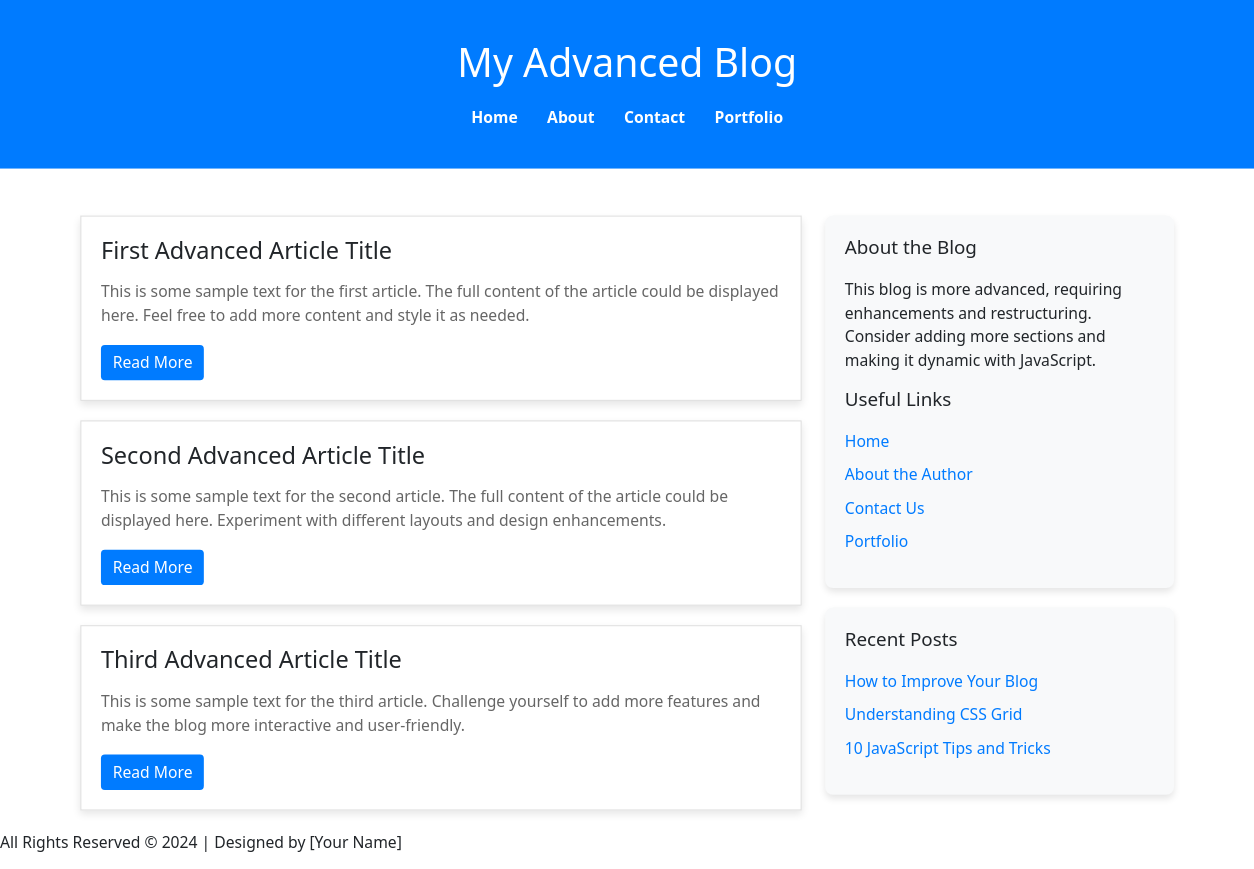
Repository: zeinawady/Blog-Code-Refactoring
Page: index.html
These files come from the project's save history. The page is drawn as it stood at one moment and after the next save; the edit follows.
The browser window is 1280 px wide. The pictures show the whole page, at 98% of full size.

Above is the page before, as saved 2024-09-23 14:05:28.

### index.html
<!DOCTYPE html>
<html lang="en">
  <head>
    <meta charset="UTF-8" />
    <meta name="viewport" content="width=device-width, initial-scale=1.0" />
    <title>My Advanced Blog</title>
    <link rel="stylesheet" href="style.css">
    <link
      href="https://cdn.jsdelivr.net/npm/bootstrap@5.1.3/dist/css/bootstrap.min.css"
      rel="stylesheet"
    />

  </head>
  <body>
    <header>
      <h1>My Advanced Blog</h1>
      <nav>
        <a href="#">Home</a>
        <a href="#">About</a>
        <a href="#">Contact</a>
        <a href="#">Portfolio</a>
      </nav>
    </header>

    <div class="container mt-5">
      <div class="row">
        <div class="col-lg-8">
          <article>
            <h2>First Advanced Article Title</h2>
            <p>
              This is some sample text for the first article. The full content
              of the article could be displayed here. Feel free to add more
              content and style it as needed.
            </p>
            <button class="btn btn-primary">Read More</button>
          </article>
          <article>
            <h2>Second Advanced Article Title</h2>
            <p>
              This is some sample text for the second article. The full content
              of the article could be displayed here. Experiment with different
              layouts and design enhancements.
            </p>
            <button class="btn btn-primary">Read More</button>
          </article>
          <article>
            <h2>Third Advanced Article Title</h2>
            <p>
              This is some sample text for the third article. Challenge yourself
              to add more features and make the blog more interactive and
              user-friendly.
            </p>
            <button class="btn btn-primary">Read More</button>
          </article>
        </div>
        <div class="col-md-4">
          <aside>
            <h3>About the Blog</h3>
            <p>
              This blog is more advanced, requiring enhancements and
              restructuring. Consider adding more sections and making it dynamic
              with JavaScript.
            </p>
            <h3>Useful Links</h3>
            <ul>
              <li><a href="#">Home</a></li>
              <li><a href="#">About the Author</a></li>
              <li><a href="#">Contact Us</a></li>
              <li><a href="#">Portfolio</a></li>
            </ul>
          </aside>
          <aside>
            <h3>Recent Posts</h3>
            <ul>
              <li><a href="#">How to Improve Your Blog</a></li>
              <li><a href="#">Understanding CSS Grid</a></li>
              <li><a href="#">10 JavaScript Tips and Tricks</a></li>
            </ul>
          </aside>
        </div>
      </div>
    </div>

    <footer>
      <p>All Rights Reserved © 2024 | Designed by [Your Name]</p>
    </footer>

    <script src="https://cdn.jsdelivr.net/npm/bootstrap@5.1.3/dist/js/bootstrap.bundle.min.js"></script>
  </body>
</html>

### style.css
body {
    font-family: Arial, sans-serif;
    background-color: #f4f4f9;
  }
  header {
    background-color: #007bff;
    color: white;
    padding: 40px 0;
    text-align: center;
    position: relative;
  }
  header::after {
    content: "";
    position: absolute;
    bottom: -20px;
    left: 50%;
    transform: translateX(-50%);
    width: 100px;
    height: 5px;
    background-color: white;
  }
  nav {
    display: flex;
    justify-content: center;
    margin-top: 20px;
  }
  nav a {
    color: white;
    margin: 0 15px;
    text-decoration: none;
    font-weight: bold;
  }
  nav a:hover {
    text-decoration: underline;
  }
  article {
    border: 1px solid #ddd;
    margin-bottom: 20px;
    padding: 20px;
    background-color: white;
    box-shadow: 0 4px 8px rgba(0, 0, 0, 0.1);
    transition: transform 0.3s ease, box-shadow 0.3s ease;
  }
 artcile:hover {
    transform: translateY(-5px);
    box-shadow: 0 8px 16px rgba(0, 0, 0, 0.2);
  }
  article h2 {
    font-size: 1.5rem;
    margin-bottom: 15px;
  }
  article p {
    color: #666;
    line-height: 1.6;
  }
  article .btn-primary {
    background-color: #007bff;
    border: none;
  }
  article .btn-primary:hover {
    background-color: #0056b3;
  }
  aside {
    background-color: #f8f9fa;
    padding: 20px;
    border-radius: 8px;
    box-shadow: 0 4px 8px rgba(0, 0, 0, 0.1);
    margin-bottom: 20px;
  }
  aside h3 {
    margin-bottom: 20px;
    font-size: 1.2rem;
  }
  aside ul {
    list-style-type: none;
    padding-left: 0;
  }
  aside ul li {
    margin-bottom: 10px;
  }
  aside ul li a {
    color: #007bff;
    text-decoration: none;
  }
  aside ul li a:hover {
    text-decoration: underline;
  }
  .footer {
    background-color: #343a40;
    color: white;
    text-align: center;
    padding: 20px;
    margin-top: 40px;
  }
  .footer p {
    margin: 0;
  }

After the next save:
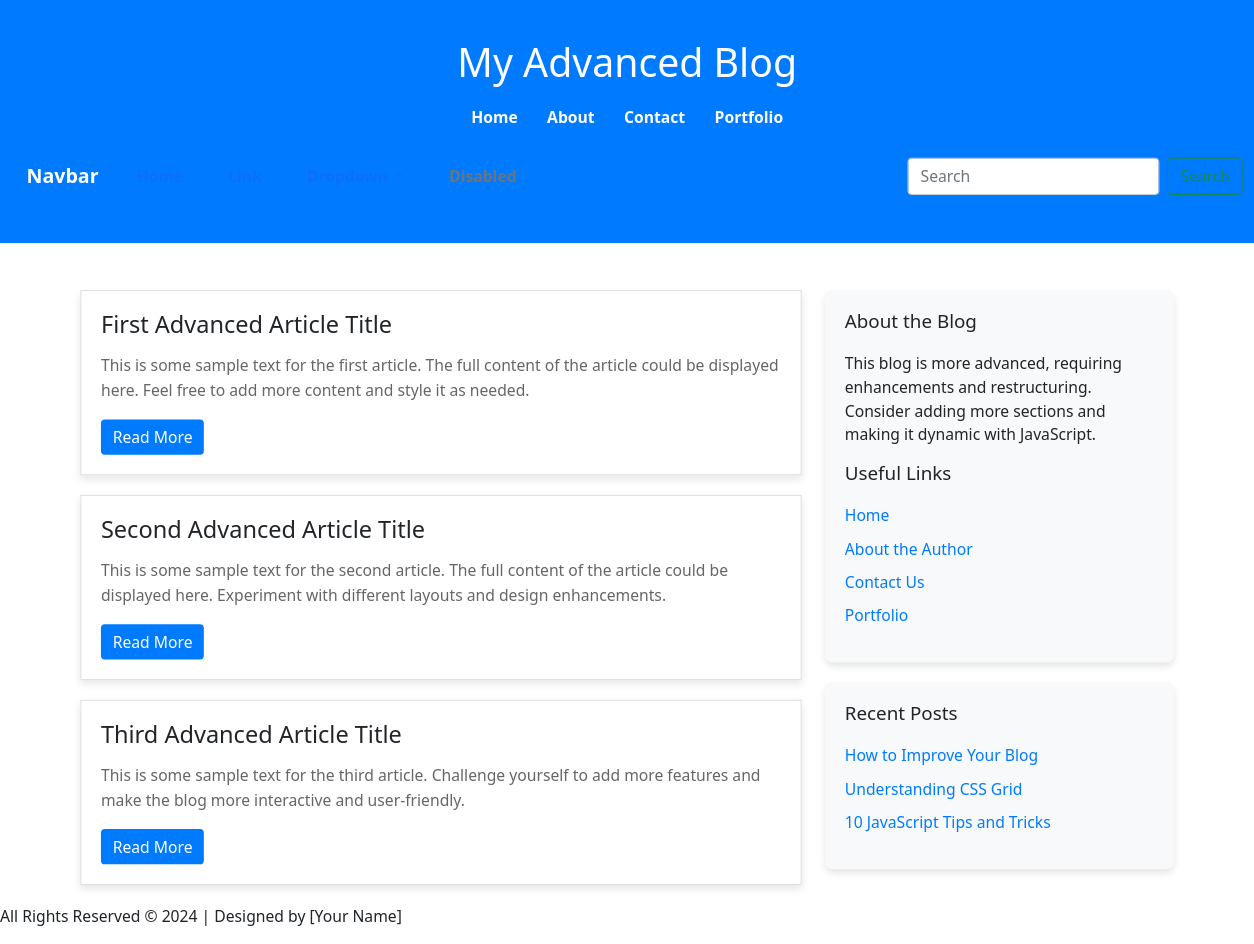
Saved 2 min 25 s later.
--- a/index.html
+++ b/index.html
@@ -19,6 +19,42 @@
         <a href="#">About</a>
         <a href="#">Contact</a>
         <a href="#">Portfolio</a>
+      </nav>
+      <nav class="navbar navbar-expand-lg bg-body-tertiary">
+        <div class="container-fluid">
+          <a class="navbar-brand" href="#">Navbar</a>
+          <button class="navbar-toggler" type="button" data-bs-toggle="collapse" data-bs-target="#navbarSupportedContent" aria-controls="navbarSupportedContent" aria-expanded="false" aria-label="Toggle navigation">
+            <span class="navbar-toggler-icon"></span>
+          </button>
+          <div class="collapse navbar-collapse" id="navbarSupportedContent">
+            <ul class="navbar-nav me-auto mb-2 mb-lg-0">
+              <li class="nav-item">
+                <a class="nav-link active" aria-current="page" href="#">Home</a>
+              </li>
+              <li class="nav-item">
+                <a class="nav-link" href="#">Link</a>
+              </li>
+              <li class="nav-item dropdown">
+                <a class="nav-link dropdown-toggle" href="#" role="button" data-bs-toggle="dropdown" aria-expanded="false">
+                  Dropdown
+                </a>
+                <ul class="dropdown-menu">
+                  <li><a class="dropdown-item" href="#">Action</a></li>
+                  <li><a class="dropdown-item" href="#">Another action</a></li>
+                  <li><hr class="dropdown-divider"></li>
+                  <li><a class="dropdown-item" href="#">Something else here</a></li>
+                </ul>
+              </li>
+              <li class="nav-item">
+                <a class="nav-link disabled" aria-disabled="true">Disabled</a>
+              </li>
+            </ul>
+            <form class="d-flex" role="search">
+              <input class="form-control me-2" type="search" placeholder="Search" aria-label="Search">
+              <button class="btn btn-outline-success" type="submit">Search</button>
+            </form>
+          </div>
+        </div>
       </nav>
     </header>
 
